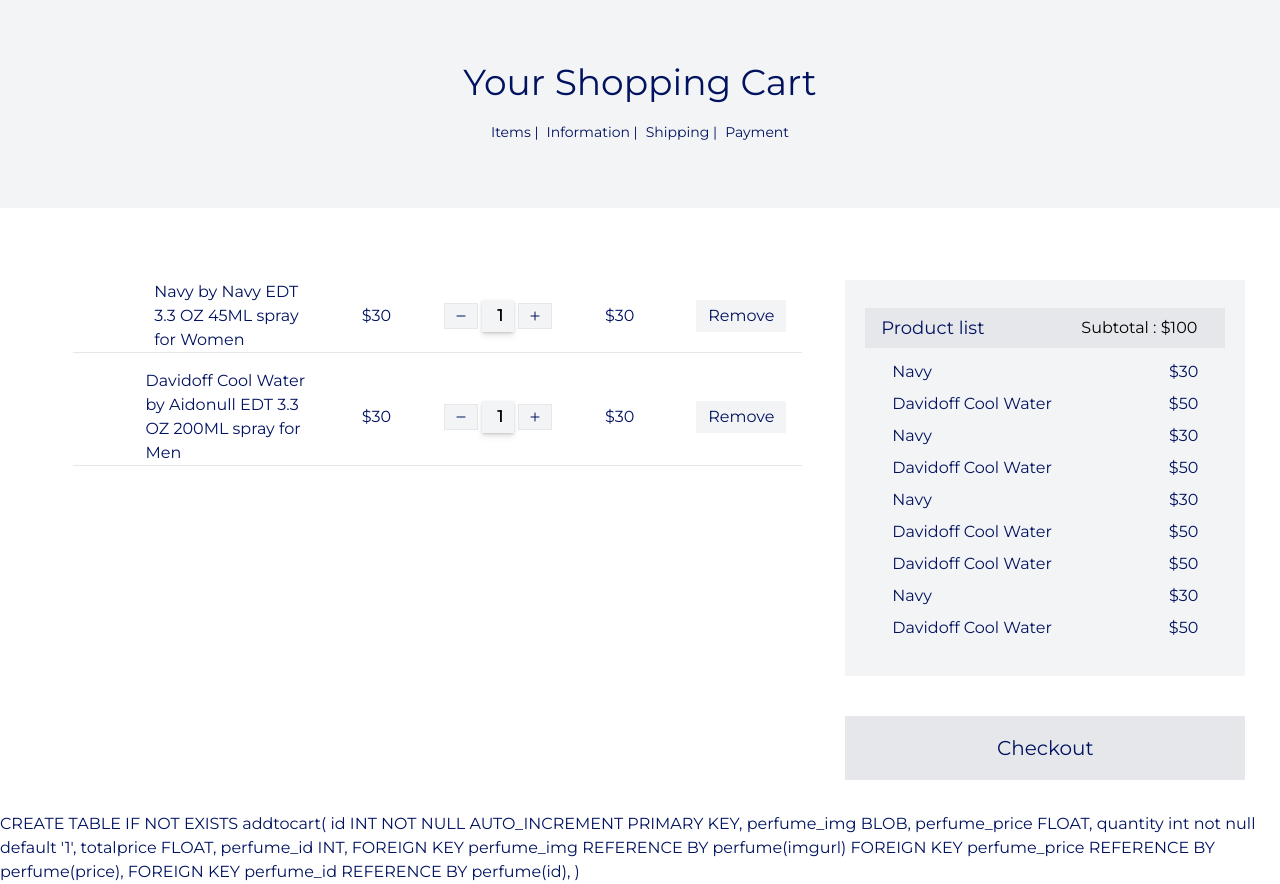
Repository: hsumyatm7308/ecommerce-small-shopping
Page: http://localhost/mvcshop/shopcartpage.php
These files come from the project's save history. The page is drawn as it stood at one moment and after the next save; the edit follows.
The browser window is 1280 px wide. The pictures show the whole page.
Some web libraries are served in a nearby version. The page is run by PHP 8.4 with error messages shown; the project is at /var/www/html/. Queries for data that is not in the repository find no rows.

Above is the page before, as saved 2023-08-11 01:38:43.

### shopcartpage.php
<!DOCTYPE html>
<html>

<head>
    <meta charset="UTF-8">
    <meta name="viewport" content="width=device-width, initial-scale=1.0">
    <title>Shopping</title>
    <link rel="stylesheet" href="./css/style.css">
    <script src="https://cdn.tailwindcss.com"></script>
    <script src="https://code.jquery.com/jquery-3.6.0.min.js"
        integrity="sha256-/xUj+3OJU5yExlq6GSYGSHk7tPXikynS7ogEvDej/m4=" crossorigin="anonymous"></script>
    <script src="https://cdnjs.cloudflare.com/ajax/libs/popper.js/1.12.9/umd/popper.min.js"
        integrity="sha384-ApNbgh9B+Y1QKtv3Rn7W3mgPxhU9K/ScQsAP7hUibX39j7fakFPskvXusvfa0b4Q"
        crossorigin="anonymous"></script>
    <script src="https://maxcdn.bootstrapcdn.com/bootstrap/4.0.0/js/bootstrap.min.js"
        integrity="sha384-JZR6Spejh4U02d8jOt6vLEHfe/JQGiRRSQQxSfFWpi1MquVdAyjUar5+76PVCmYl"
        crossorigin="anonymous"></script>

</head>

<body>

    <section>
        <div class="w-full h-52 bg-gray-100 flex justify-center itmes-center">
            <div class="flex justify-center itmes-center flex-col">
                <h1 class="text-4xl"> Your Shopping Cart</h1>

                <div class="mt-4">
                    <ul class="flex justify-center itmes-center text-sm">
                        <li class="p-1">Items |</li>
                        <li class="p-1 ">Information |</li>
                        <li class="p-1">Shipping |</li>
                        <li class="p-1 ">Payment</li>
                    </ul>
                </div>
            </div>
        </div>
    </section>

    <section>
        <div class="w-full p-8">
            <div class="grid grid-cols-3">
                <div class="col-span-2 flex justify-center items-start">

                    <div class="w-[90%] mt-10">

                        <div class=" grid grid-cols-6 justify-center items-center border-b mb-4">
                            <div class="col-span-2 flex justify-center items-center">
                                <img src="./assets/img/perfume/men/men1.jpg" alt="" class="" width="100px">
                                <span class="ml-10">Navy by Navy EDT 3.3 OZ 45ML spray for Women</span>
                            </div>

                            <div class="flex justify-center items-center">
                                <p>$30</p>
                            </div>

                            <div class=" flex justify-center items-center">

                                <div class="  flex justify-center items-center p-1">

                                    <div class="item flex justify-center items-center p-1">
                                        <div class="flex items-center">
                                            <span id="decrease" class="bg-gray-100 border px-2 py-1 m-1 decrease">
                                                <svg xmlns="http://www.w3.org/2000/svg" fill="none" viewBox="0 0 24 24"
                                                    stroke-width="1.5" stroke="currentColor" class="w-4 h-4">
                                                    <path stroke-linecap="round" stroke-linejoin="round" d="M18 12H6" />
                                                </svg>
                                            </span>

                                            <span
                                                class="w-8 h-8 bg-gray-100 text-[#000] font-semibold shadow drop-shadow-md flex justify-center items-center">
                                                <input type="text" class="w-8 bg-gray-100 focus:outline-none valueInput"
                                                    value=" 1" style="text-align:center;">
                                            </span>

                                            <span id="increase" class="bg-gray-100 border px-2 py-1 m-1 increase">
                                                <svg xmlns="http://www.w3.org/2000/svg" fill="none" viewBox="0 0 24 24"
                                                    stroke-width="1.5" stroke="currentColor" class="w-4 h-4">
                                                    <path stroke-linecap="round" stroke-linejoin="round"
                                                        d="M12 6v12m6-6H6" />
                                                </svg>
                                            </span>
                                        </div>
                                    </div>

                                </div>

                            </div>

                            <div class="flex justify-center items-center">
                                <p>$30</p>
                            </div>

                            <div class="flex justify-center items-center">
                                <button class="px-3 py-1 bg-gray-100">Remove</button>
                            </div>

                        </div>

                        <div class=" grid grid-cols-6 justify-center items-center border-b mb-4">
                            <div class="col-span-2 flex justify-center items-center">
                                <img src="./assets/img/perfume/men/men1.jpg" alt="" class="" width="100px">
                                <span class="ml-10">Davidoff Cool Water by Aidonull EDT 3.3 OZ 200ML spray for
                                    Men</span>
                            </div>

                            <div class="flex justify-center items-center">
                                <p>$30</p>
                            </div>

                            <div class=" flex justify-center items-center">

                                <div class="  flex justify-center items-center p-1">

                                    <div class="item flex justify-center items-center p-1">
                                        <div class="flex items-center">
                                            <span id="decrease" class="bg-gray-100 border px-2 py-1 m-1 decrease">
                                                <svg xmlns="http://www.w3.org/2000/svg" fill="none" viewBox="0 0 24 24"
                                                    stroke-width="1.5" stroke="currentColor" class="w-4 h-4">
                                                    <path stroke-linecap="round" stroke-linejoin="round" d="M18 12H6" />
                                                </svg>
                                            </span>

                                            <span
                                                class="w-8 h-8 bg-gray-100 text-[#000] font-semibold shadow drop-shadow-md flex justify-center items-center">
                                                <input type="text" class="w-8 bg-gray-100 focus:outline-none valueInput"
                                                    value=" 1" style="text-align:center;">
                                            </span>

                                            <span id="increase" class="bg-gray-100 border px-2 py-1 m-1 increase">
                                                <svg xmlns="http://www.w3.org/2000/svg" fill="none" viewBox="0 0 24 24"
                                                    stroke-width="1.5" stroke="currentColor" class="w-4 h-4">
                                                    <path stroke-linecap="round" stroke-linejoin="round"
                                                        d="M12 6v12m6-6H6" />
                                                </svg>
                                            </span>
                                        </div>
                                    </div>

                                </div>

                            </div>

                            <div class="flex justify-center items-center">
                                <p>$30</p>
                            </div>

                            <div class="flex justify-center items-center">
                                <button class="px-3 py-1 bg-gray-100">Remove</button>
                            </div>

                        </div>


                        <?php require_once "cart.php" ?>



                    </div>
                </div>
                <div class="w-full flex justify-start items-center flex-col">
                    <div class="w-[400px] min-h-[300px] bg-gray-100 mt-10 flex  items-center flex-col px-5 py-7">
                        <div class="w-full h-10 bg-gray-200 flex justify-between items-center">
                            <h1 class="text-lg ml-4">Product list</h1>
                            <h1 class="text-black mr-7">Subtotal : $100</h1>
                        </div>
                        <div class="w-[85%] flex items-center flex-col mt-3">

                            <li class="w-full flex justify-between mb-2"><span>Navy</span> <span>$30</span></li>
                            <li class="w-full flex justify-between  mb-2"><span>Davidoff Cool Water</span>
                                <span>$50</span>
                            </li>
                            <li class="w-full flex justify-between  mb-2"><span>Navy</span> <span>$30</span></li>
                            <li class="w-full flex justify-between  mb-2"><span>Davidoff Cool Water</span>
                                <span>$50</span>
                            </li>
                            <li class="w-full flex justify-between  mb-2"><span>Navy</span> <span>$30</span></li>
                            <li class="w-full flex justify-between  mb-2"><span>Davidoff Cool Water</span>
                                <span>$50</span>
                            </li>
                            <li class="w-full flex justify-between  mb-2"><span>Davidoff Cool Water</span>
                                <span>$50</span>
                            </li>
                            <li class="w-full flex justify-between  mb-2"><span>Navy</span> <span>$30</span></li>
                            <li class="w-full flex justify-between  mb-2"><span>Davidoff Cool Water</span>
                                <span>$50</span>
                            </li>



                        </div>
                    </div>

                    <div class="w-[400px] h-16 bg-gray-200 flex justify-center items-center mt-10 ">
                        <a href="./informationpage.html" class="text-xl">Checkout</a>
                    </div>
                </div>

            </div>

        </div>
    </section>




    <script>
        const items = document.querySelectorAll('.item');

        items.forEach(item => {
            const decreaseButton = item.querySelector('.decrease');
            const increaseButton = item.querySelector('.increase');
            const valueInput = item.querySelector('.valueInput');


            decreaseButton.addEventListener('click', () => {
                let currentValue = parseInt(valueInput.value);
                if (!isNaN(currentValue)) {
                    valueInput.value = Math.max(currentValue - 1, 0);
                }

                console.log(item)

            });

            increaseButton.addEventListener('click', () => {
                let currentValue = parseInt(valueInput.value);
                if (!isNaN(currentValue)) {
                    valueInput.value = currentValue + 1;
                }

                console.log("hi")
            });
        });
    </script>

</body>

</html>



<!-- CREATE TABLE IF NOT EXISTS customers(

    id INT NOT NULL AUTO_INCREMENT PRIMARY KEY,
    name VARCHAR (256),
    email VARCHAR (255),
    address VARCHAR(320),
    payment ENUM('COD','Paypal'),
    shipping ENUM('fast','faster','fastest'),
    perfume_id INT,
    FOREIGN KEY perfume_id REFERENCE BY perfume(id)

)
-->
CREATE TABLE IF NOT EXISTS addtocart(
    id INT NOT NULL AUTO_INCREMENT PRIMARY KEY,
    perfume_img BLOB,
    perfume_price FLOAT,

    quantity int not null default '1',
    totalprice FLOAT,
    perfume_id INT,
    FOREIGN KEY perfume_img REFERENCE BY perfume(imgurl)
    FOREIGN KEY perfume_price REFERENCE BY perfume(price),
    FOREIGN KEY perfume_id REFERENCE BY perfume(id),


)

### cart.php
<?php
// error_reporting(E_ALL);
// ini_set('display_errors', '1');

// require_once "database.php";

$cartstmt = null;

if ($_SERVER["REQUEST_METHOD"] === "POST") {
    if (isset($_POST["quantity"])) {
        $quantity = $_POST["quantity"];
        $id = $_GET['items'];
        // $perfumename = $_POST["perfumeName"];
        // $brandname = $_POST["brandName"];

        // echo $quantity, $id,$perfumename,$brandname;

        try {
            $conn = new PDO("mysql:host=localhost;dbname=perumdej", "root", "");

            $cartstmt = $conn->prepare("SELECT * FROM perfume WHERE id = :id");
            $cartstmt->bindParam(':id', $id);
            $cartstmt->execute();

            while ($row = $cartstmt->fetch()) {

                echo $row['perfume_name'];

            }

        } catch (PDOException $e) {
            echo "PDOException: " . $e->getMessage();
        }

    } else {
        echo "Quantity parameter is missing in the request.";
    }
}
?>



    <!-- <div class=" grid grid-cols-6 justify-center items-center border-b mb-4">
        <div class="col-span-2 flex justify-center items-center">
            <img src="./assets/img/perfume/men/men1.jpg" alt="" class="" width="100px">
            <span class="ml-10">

            </span>
        </div>

        <div class="flex justify-center items-center">
            <p>$30</p>
        </div>

        <div class=" flex justify-center items-center">

            <div class="  flex justify-center items-center p-1">

                <div class="item flex justify-center items-center p-1">
                    <div class="flex items-center">
                        <span id="decrease" class="bg-gray-100 border px-2 py-1 m-1 decrease">
                            <svg xmlns="http://www.w3.org/2000/svg" fill="none" viewBox="0 0 24 24" stroke-width="1.5"
                                stroke="currentColor" class="w-4 h-4">
                                <path stroke-linecap="round" stroke-linejoin="round" d="M18 12H6" />
                            </svg>
                        </span>

                        <span
                            class="w-8 h-8 bg-gray-100 text-[#000] font-semibold shadow drop-shadow-md flex justify-center items-center">
                            <input type="text" class="w-8 bg-gray-100 focus:outline-none valueInput" value=" 1"
                                style="text-align:center;">
                        </span>

                        <span id="increase" class="bg-gray-100 border px-2 py-1 m-1 increase">
                            <svg xmlns="http://www.w3.org/2000/svg" fill="none" viewBox="0 0 24 24" stroke-width="1.5"
                                stroke="currentColor" class="w-4 h-4">
                                <path stroke-linecap="round" stroke-linejoin="round" d="M12 6v12m6-6H6" />
                            </svg>
                        </span>
                    </div>
                </div>

            </div>

        </div>

        <div class="flex justify-center items-center">
            <p>$30</p>
        </div>

        <div class="flex justify-center items-center">
            <button class="px-3 py-1 bg-gray-100">Remove</button>
        </div>

    </div> -->

### css/style.css
@import url('https://fonts.googleapis.com/css2?family=Montserrat&display=swap');
body {

    font-family: 'Montserrat', sans-serif;
    /* font-family: capitolina, serif; */
    /* font-family: 'Courier New', Courier, monospace; */
    font-style: normal;
    font-weight: 300;
    color: #01125f;

    margin: 0;
    padding: 0;

    overflow-x: hidden;






}

@import url('https://fonts.googleapis.com/css2?family=Crimson+Text&family=Oswald:wght@300&display=swap');

nav{
    /* font-family: 'Crimson Text', serif;
    font-family: 'Oswald', sans-serif; */
    color: #01125f;


}


.imgctn{
    display: grid;
    grid-template-columns: 3;

}

### sortingindex.php
<div>
    <ul class="flex justify-center items-center">
        <li class="font-bold mr-5">Sort by : </li>
        <form action="" method="post" class="flex justify-center items-center">
            <?php


            if (isset($_POST['asc'])) {


                echo '<li class="mr-5">
                                <button type="submit" name="asc" class="text-gray-500 p-1">Ascending price</button>
                            </li>';
            } else {
                echo '<li class="mr-5">
                            <button type="submit" name="asc" class="">Ascending price</button>
                        </li>';
            }
            if (isset($_POST['dec'])) {
                echo '<li class="mr-5">
                                <button type="submit" name="dec" class="text-gray-500">Descending price</button>
                            </li>';
            } else {
                echo '<li class="mr-5">
                                <button type="submit" name="dec" class="text--500">Descending price</button>
                            </li>';
            }

            if (isset($_POST['rev'])) {
                echo '<li class="mr-5">
                                <button type="submit" name="rev" class="text-gray-500">Review </button>
                            </li>';
            } else {
                echo '<li class="mr-5">
                                <button type="submit" name="rev" class="text--500">Review </button>
                            </li>';
            }


            ?>
        </form>
    </ul>
</div>

### brandname/brandnameall.php
<?php
require_once "database.php";

try {
    global $conn;

    $stmt = $conn->prepare("SELECT fsletter FROM perfume  ORDER BY fsletter ASC");
    $stmt->execute();


    $shownLetters = array();

} catch (Exception $e) {
    echo "Error Found: " . $e->getMessage();
}
?>


<?php
$currentPage = 1;
?>

<?php while ($row = $stmt->fetch()): ?>
    <?php
    if (!in_array($row['fsletter'], $shownLetters)) {
        $shownLetters[] = $row['fsletter'];

        $letter = $row['fsletter'];
        if (isset($_GET['letters']) && $_GET['letters'] === $letter) {
            $backgroundClass = "bg-gray-400 text-white";
        } else {
            $backgroundClass = "bg-gray-100";
        }
        ?>

        <li class="w-7 h-7 flex justify-center items-center m-1 letter-link <?php echo $backgroundClass; ?>">
            <a href="index.php?page=<?php echo $currentPage; ?>&letters=<?php echo urlencode($letter); ?>"><?php echo $letter; ?></a>
        </li>

    <?php } ?>
<?php endwhile; ?>

### database.php
<?php
$servername = "localhost";
$username = "root";
$password = "";
$dbname = "perumdej";

try {
    // Create a database connection
    $conn = new PDO("mysql:host=$servername;dbname=$dbname", $username, $password);
    $conn->setAttribute(PDO::ATTR_ERRMODE, PDO::ERRMODE_EXCEPTION);

    // if ($_SERVER["REQUEST_METHOD"] == "POST") {
    //     $imageData = file_get_contents($_FILES['image']['tmp_name']);

    //     $stmt = $conn->prepare("UPDATE perfume SET imgurl = :imgurl WHERE id = :id");




    //     $id = 1;



    //     $stmt->bindParam(':id', $id, PDO::PARAM_INT);
    //     $stmt->bindParam(':imgurl', $imageData);



    //     $stmt->execute();

    //     echo "Image inserted successfully.";
    // }
} catch (PDOException $e) {
    echo "Error: " . $e->getMessage();
}




?>

### pagination.php
<?php
require_once "database.php";

try {
    global $conn;

    $stmt = $conn->prepare("SELECT id, perfume_name, brand_name, category_name, price, imgurl,mili FROM perfume");
    $stmt->execute(); // Execute the query to fetch data


    $pricestmt = $conn->prepare("SELECT id, perfume_name, brand_name, category_name, price, imgurl, mili FROM perfume WHERE price BETWEEN :startprice AND :endprice AND category_name IN ('Men','Unisex','Women')");
    $pricestmt->bindParam(':startprice', $startprice, PDO::PARAM_INT);
    $pricestmt->bindParam(':endprice', $endprice, PDO::PARAM_INT);
    $pricestmt->execute();

} catch (Exception $e) {
    echo "Error Found: " . $e->getMessage();
}




?>

Loaded but not shown: backendfunction/allfrg.php (607 lines, source omitted); index.php (268 lines, source omitted); headersection.php (175 lines, source omitted)

After the next save:
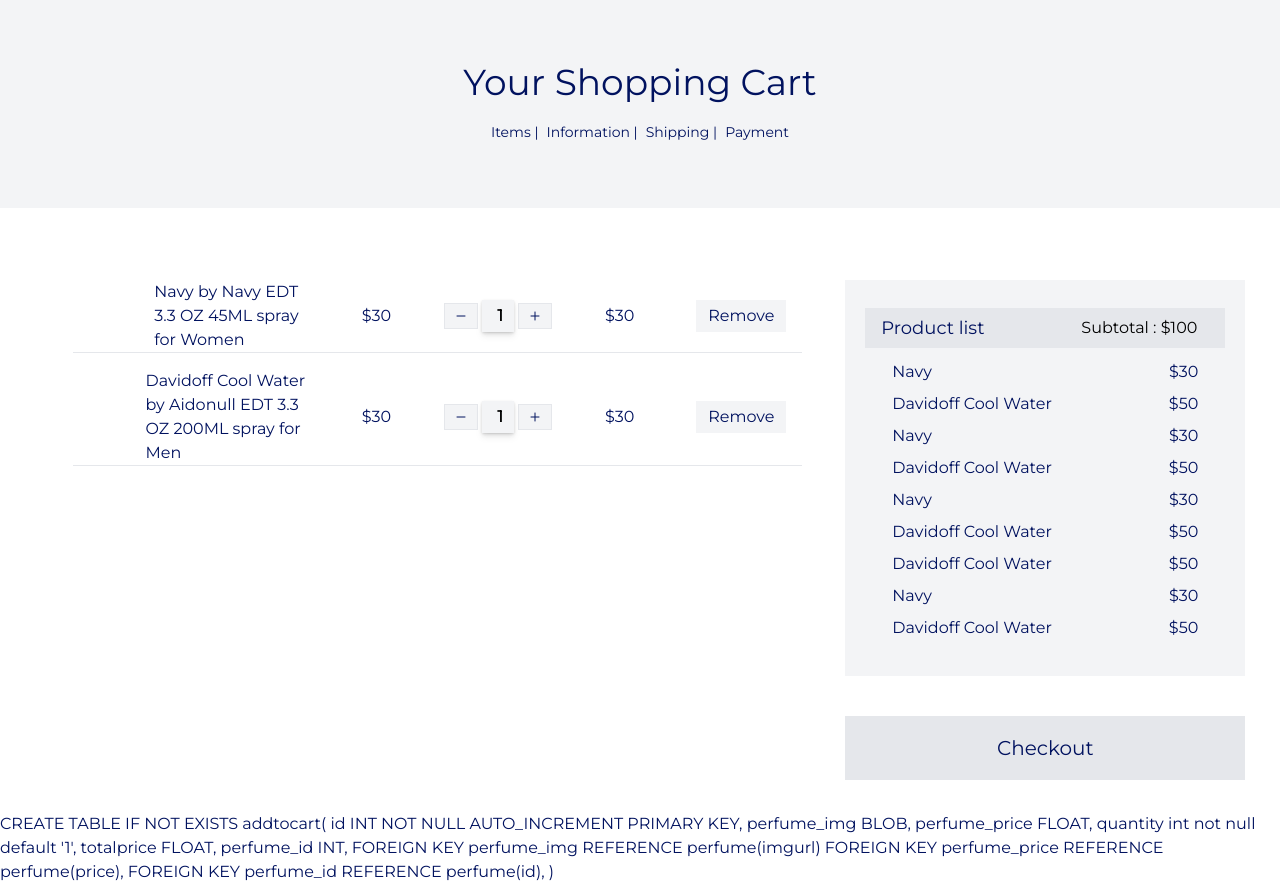
Saved 13 s later.
--- a/shopcartpage.php
+++ b/shopcartpage.php
@@ -249,7 +249,7 @@
     payment ENUM('COD','Paypal'),
     shipping ENUM('fast','faster','fastest'),
     perfume_id INT,
-    FOREIGN KEY perfume_id REFERENCE BY perfume(id)
+    FOREIGN KEY perfume_id REFERENCE  perfume(id)
 
 )
 -->
@@ -261,9 +261,9 @@
     quantity int not null default '1',
     totalprice FLOAT,
     perfume_id INT,
-    FOREIGN KEY perfume_img REFERENCE BY perfume(imgurl)
-    FOREIGN KEY perfume_price REFERENCE BY perfume(price),
-    FOREIGN KEY perfume_id REFERENCE BY perfume(id),
+    FOREIGN KEY perfume_img REFERENCE  perfume(imgurl)
+    FOREIGN KEY perfume_price REFERENCE  perfume(price),
+    FOREIGN KEY perfume_id REFERENCE  perfume(id),
 
 
 )
